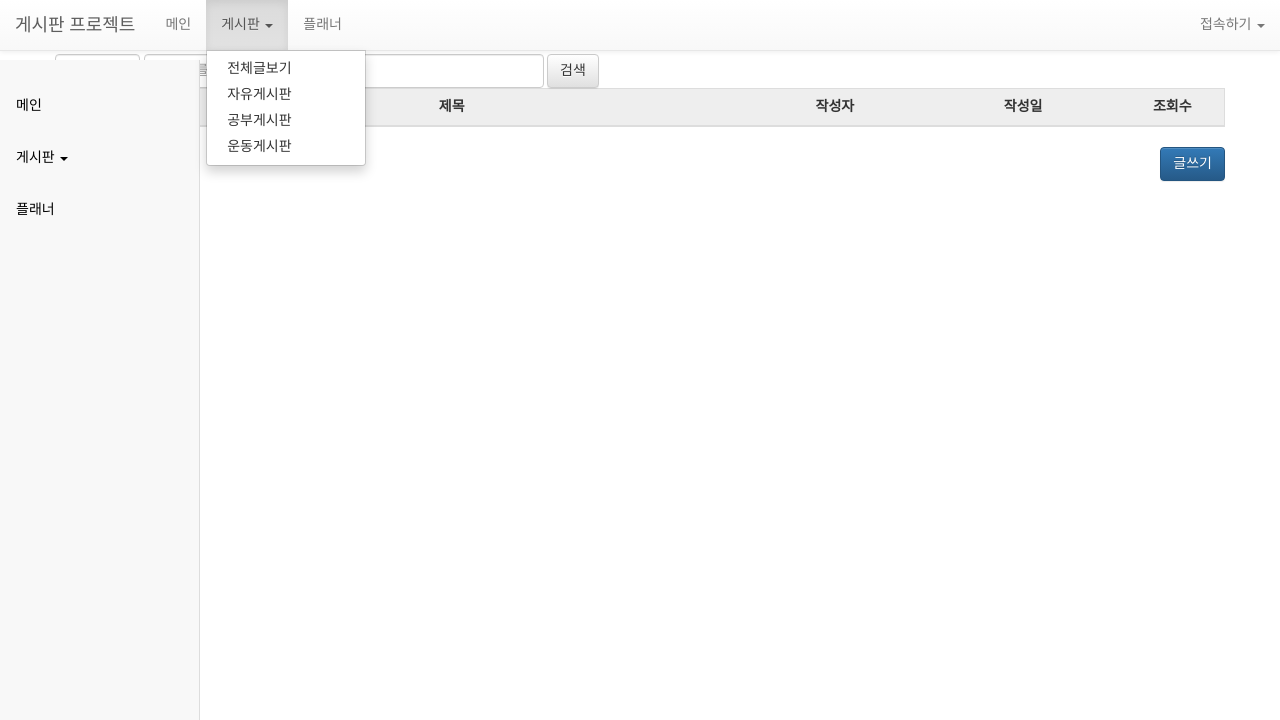
Repository: Seok7975/Project_PlannerSharingBoard
Page: http://localhost/ToDoList공유_게시판_ver3/bbs.jsp?bbsCategory=all
An editor plug-in stored every save of this project. The page is shown before and after the next save, followed by the edit.
The browser window is 1280 px wide. The pictures show the whole page.
The pointer rests on the first visible `.navbar-nav > li.dropdown`.
Some web fonts or font styles are not loaded; a fallback is used. Some web libraries are served in a nearby version. The page is served by Tomcat 9. Queries for data that is not in the repository find no rows.

Above is the page before, as saved 2024-07-04 08:18:08.

After the next save:
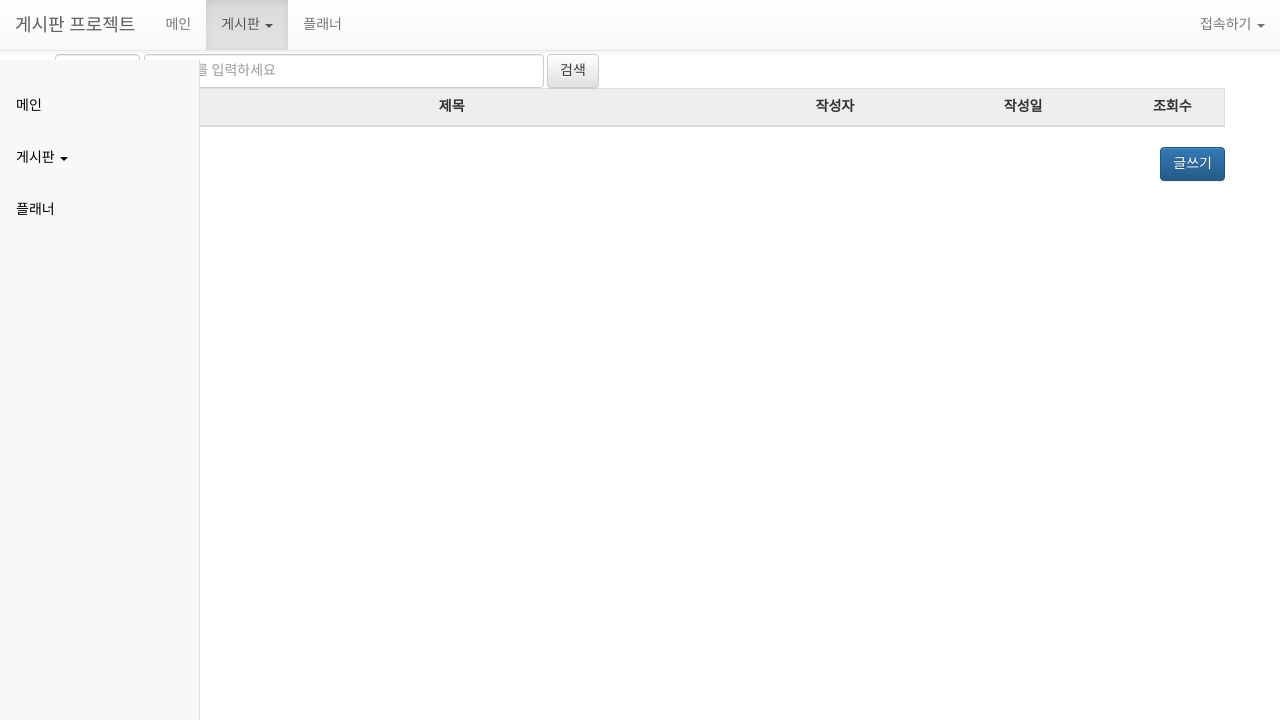
Saved 13 s later.
--- a/List_Projects_ver3/ToDoList공유 게시판_ver3/src/main/webapp/css/bbsStyle.css
+++ b/List_Projects_ver3/ToDoList공유 게시판_ver3/src/main/webapp/css/bbsStyle.css
@@ -65,6 +65,7 @@
 /* 드롭다운 메뉴가 커서를 가져다 대기만 해도 열리도록 설정 */
 .navbar-nav > li.dropdown:hover > .dropdown-menu {
     display: block;
+    animation: slideDown 0.3s ease-in-out; /* 슬라이딩 애니메이션 추가 */
 }
 
 .category-title {
